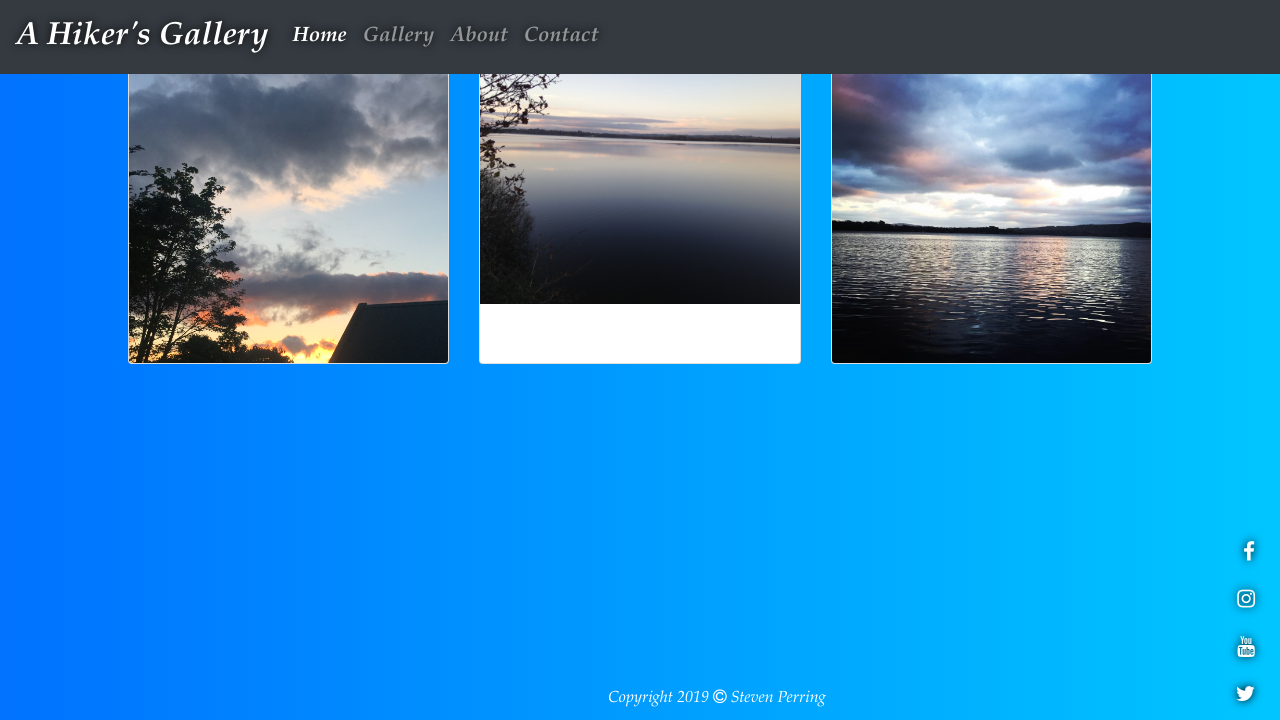
Repository: S-Perring/hiker
Page: gallery.html
The author's editor kept a record of every edit. The page is drawn from the files as they stood at one moment, then again after the next edit.
The browser window is 1280 px wide. The pictures show the whole page.
Some web fonts or font styles are not loaded; a fallback is used.

Above is the page before.

After the next edit:
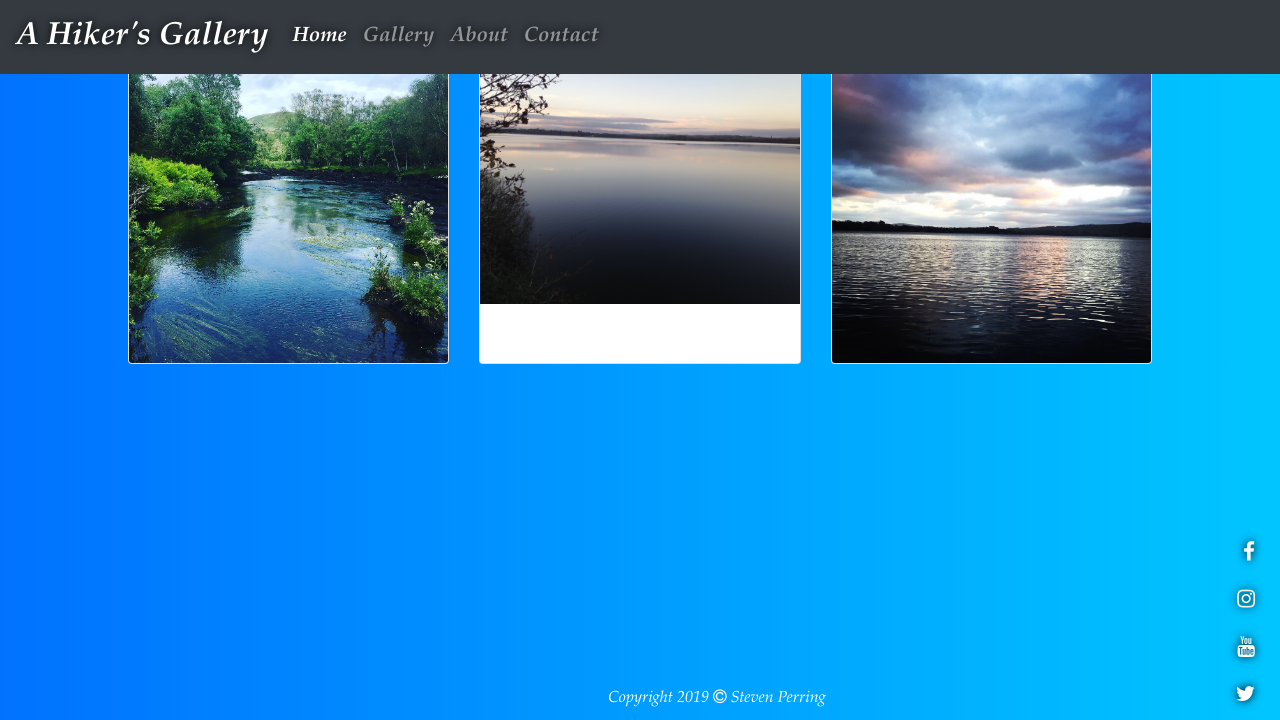
The edit:
--- a/gallery.html
+++ b/gallery.html
@@ -46,7 +46,7 @@
                 <div class="card-deck">
 
                     <div class="card">
-                        <img src="css/images/IMG_5948.JPG" class="card-img-top"
+                        <img src="css/images/1.JPG" class="card-img-top"
                             alt="Lighthouse on top of a cliff at sunset">
                         </div>
 
